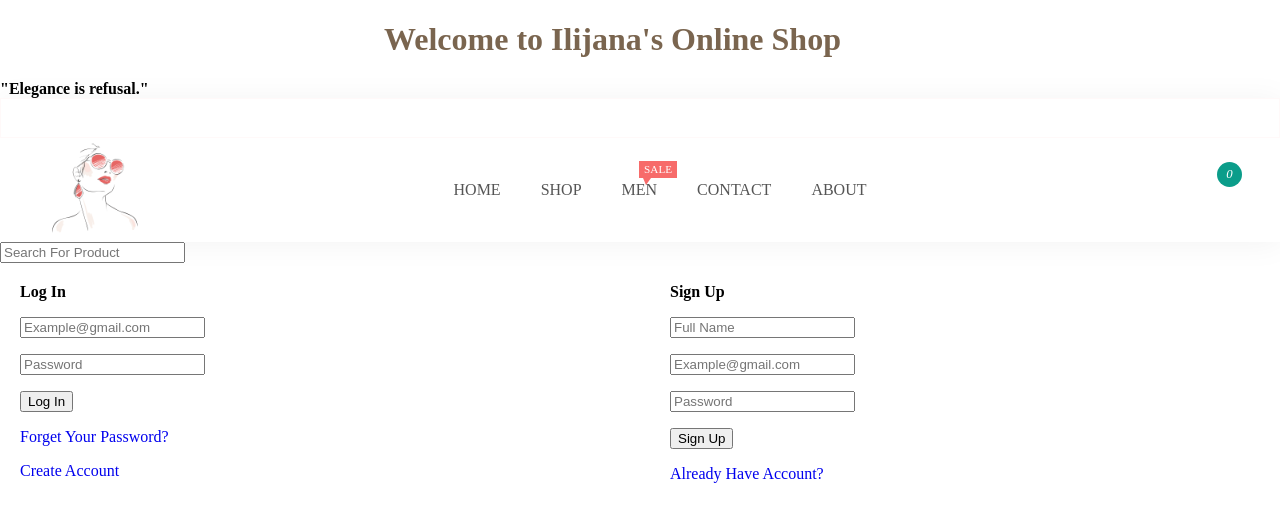
Repository: ilijana123/Proekt1
Page: html.html
The author's editor kept a copy of each file at every save. The page is drawn from the files as they stood at one save, then again after the next save.
The browser window is 1280 px wide. The pictures show the part of the page from y = 0 to 532 px (the page is 4347 px tall).
Pictures or frames that could not be fetched are drawn as grey boxes. A picture or video elsewhere on the page could not be fetched, so the positions and the page height are approximate. The page's requests for data from a server got no answer.

Above is the page before, as saved 2023-11-13 15:49:05.
Console error: TypeError: Cannot read properties of null (reading 'appendChild')

After the next save:
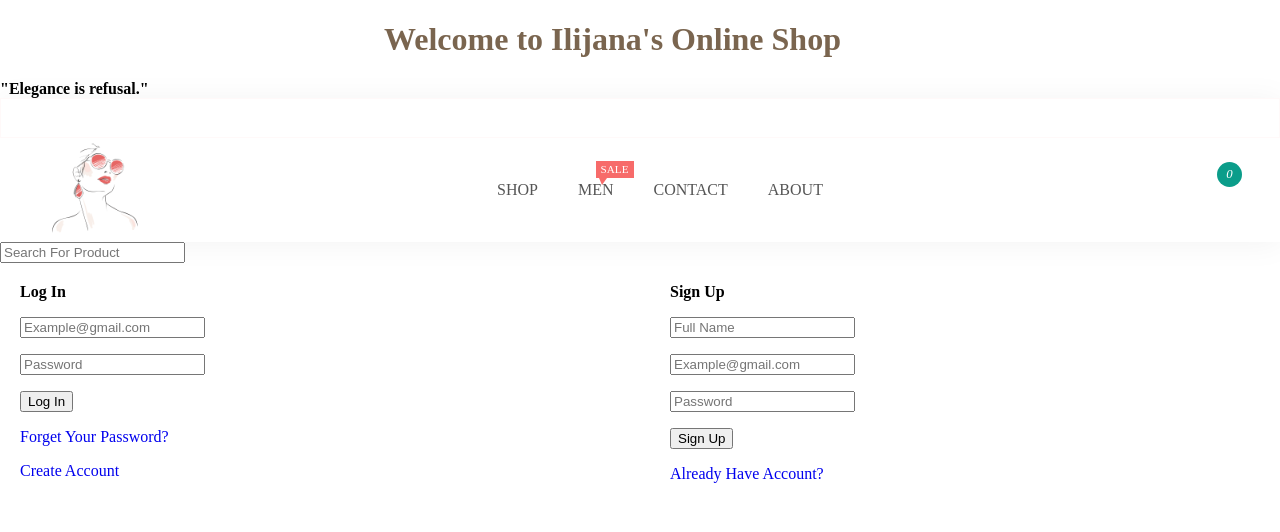
Saved 74 s later.
--- a/html.html
+++ b/html.html
@@ -29,9 +29,8 @@
  <div class="navigation">
      <a href="#" class="logo"><img src="logo.png"></a>
      <div class="toggle"></div>
-     <ul class="menu">
-         <li><a href="#">Home</a></li>
-         <li id="shopMenu">
+    <ul class="menu">
+        <li id="shopMenu">
             <a href="#">Shop</a>
             <ul id="categoryMenu" class="hidden">
                 <li><a href="#" onclick="showCategory('clothes')">Clothes</a></li>

After the save that followed:
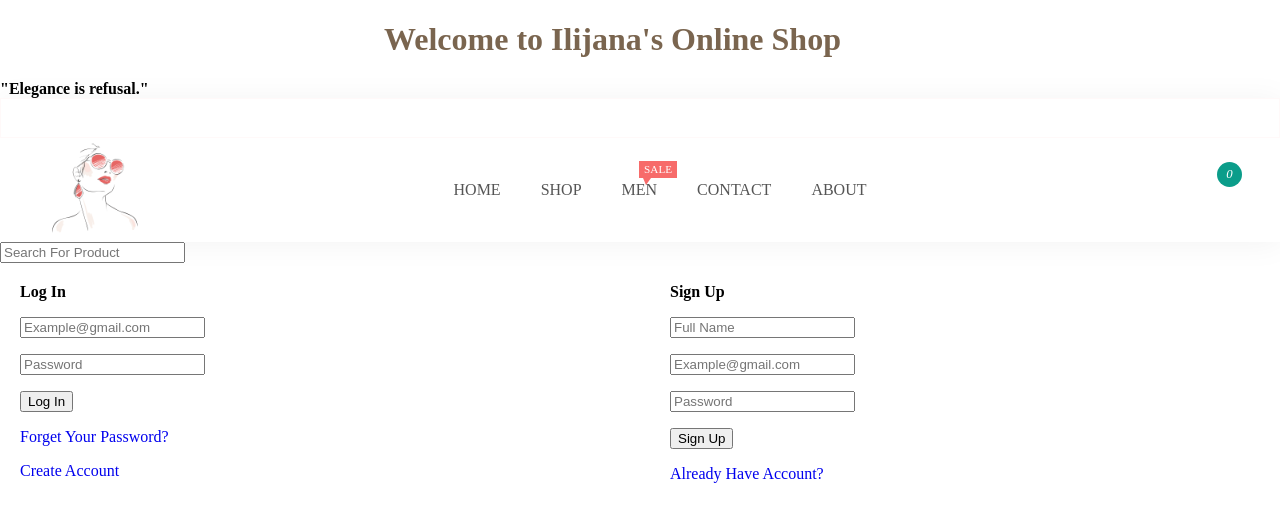
Saved 41 s later.
--- a/html.html
+++ b/html.html
@@ -29,7 +29,8 @@
  <div class="navigation">
      <a href="#" class="logo"><img src="logo.png"></a>
      <div class="toggle"></div>
-    <ul class="menu">
+     <ul class="menu">
+         <li><a href="#">Home</a></li>
         <li id="shopMenu">
             <a href="#">Shop</a>
             <ul id="categoryMenu" class="hidden">
